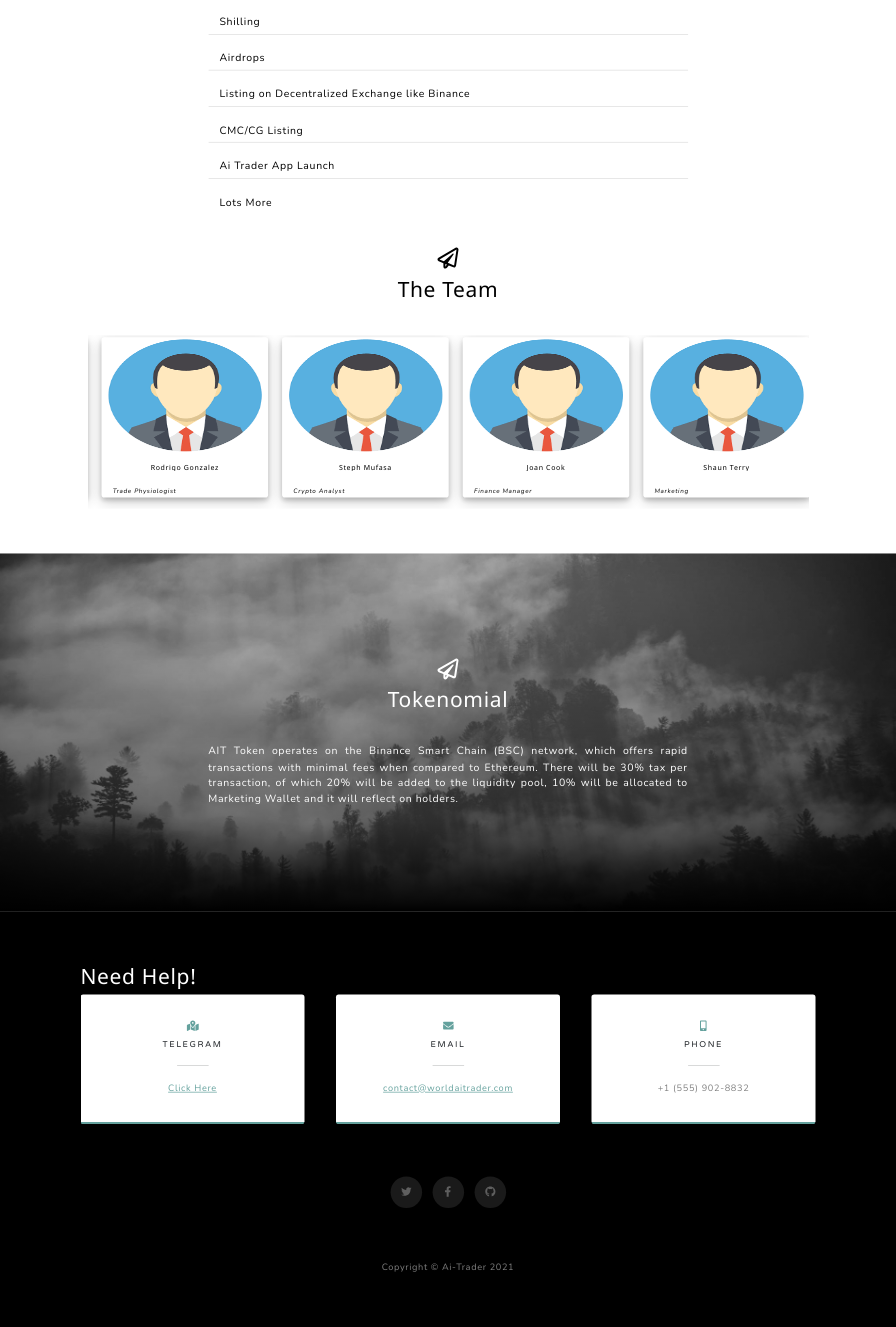
Repository: seyicoded/ico_one
Page: index.html
An editor plug-in stored every save of this project. The page is shown before and after the next save, followed by the edit.
The browser window is 1280 px wide. The pictures show the part of the page from y = 3334 to 5254 px (the page is 5230 px tall before and 5254 px after), at 70% of full size.

Above is the page before, as saved 2022-03-08 15:37:09.

After the next save:
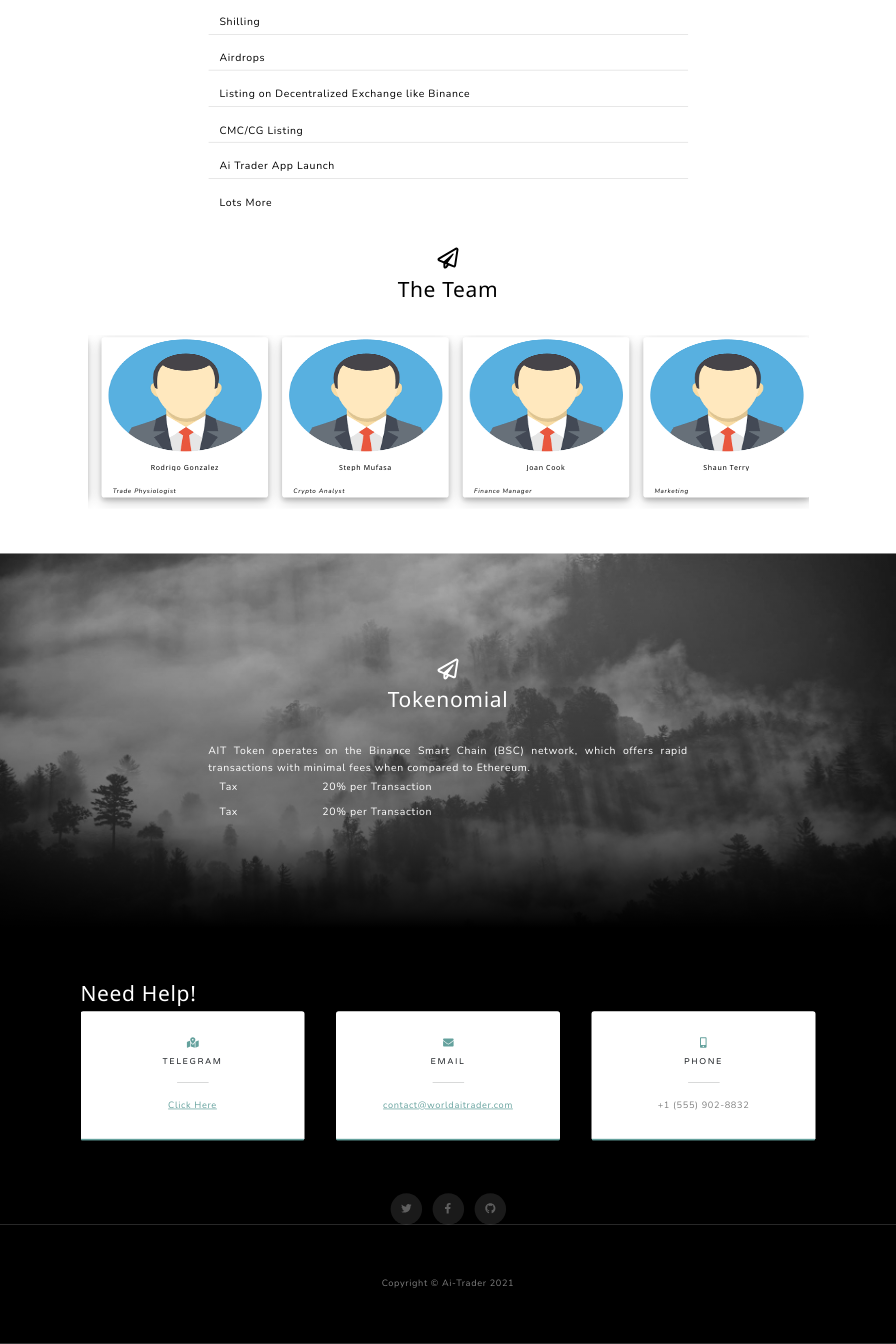
Saved 16 min 54 s later.
--- a/index.html
+++ b/index.html
@@ -312,9 +312,18 @@
                         <!-- to get an API token!-->
                         <div style="color: white; text-align: justify;">
                             AIT Token operates on the Binance Smart Chain (BSC) network, which offers
-                            rapid transactions with minimal fees when compared to Ethereum. There will be
-                            30% tax per transaction, of which 20% will be added to the liquidity pool, 10%
-                            will be allocated to Marketing Wallet and it will reflect on holders.
+                            rapid transactions with minimal fees when compared to Ethereum.
+                            <table class="w3-table">
+                                <tr>
+                                    <td>Tax</td>
+                                    <td>20% per Transaction</td>
+                                </tr>
+
+                                <tr>
+                                    <td>Tax</td>
+                                    <td>20% per Transaction</td>
+                                </tr>
+                            </table>
                         </div>
                         <!-- <form class="form-signup" id="contactForm" data-sb-form-api-token="API_TOKEN">
 
